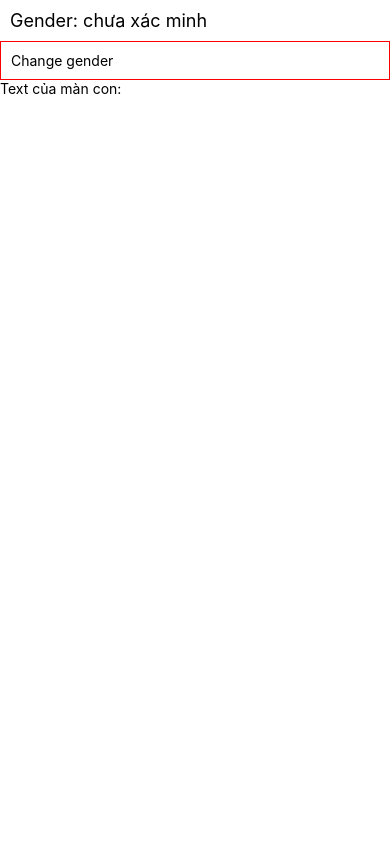
Repository: web345/test
Screen: /
The author's editor kept a copy of each file at every save. The screen is drawn from the files as they stood at one save, then again after the next save.
The app was drawn by React Native's web renderer in a window 390 px wide. The project was rebuilt for these pictures with package versions that can differ from the ones it lists, and the page was loaded fresh each time.

Above is the screen before, as saved 2021-08-17 14:29:23.

### App.js
import React, {useState} from 'react'
import { View, Text, TextInput, TouchableOpacity, StyleSheet } from 'react-native'

export default function App() {


  const [gioitinh, setGioitinh]= useState("chưa xác minh");
  const [text1, settext1]= useState(" ");
  return (
    <View>
    <Text style={style.text} >Gender: {gioitinh}</Text>
    <TouchableOpacity style={style.button}><Text>Change gender</Text></TouchableOpacity>
    <Text>Text của màn con: {text1}</Text>
    </View>
  )
}

const style =StyleSheet.create({
  text: {
    fontSize: 18,
    margin: 10,
  },
  button: {
    borderWidth: 1,
    padding: 10,
    borderColor: "red",
  },
});

After the next save:
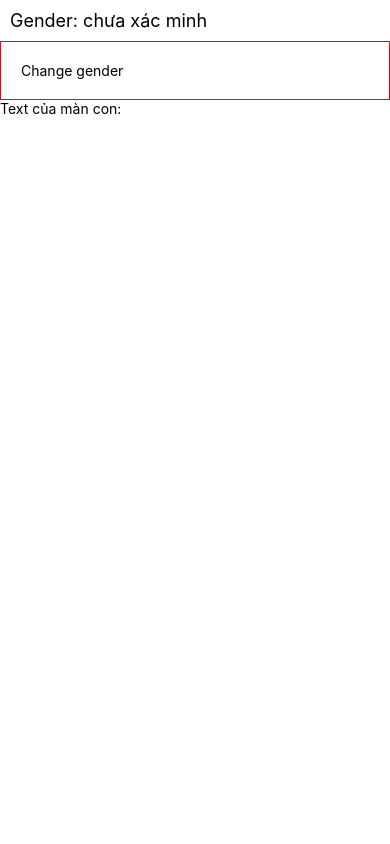
Saved 15 s later.
--- a/App.js
+++ b/App.js
@@ -22,7 +22,7 @@ const style =StyleSheet.create({
   },
   button: {
     borderWidth: 1,
-    padding: 10,
+    padding: 20,
     borderColor: "red",
   },
 });
